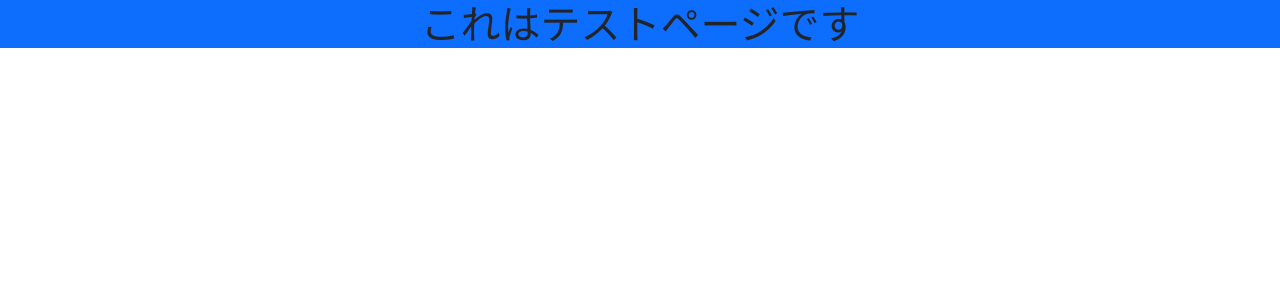
Repository: YN-program/samurai_HTML-CSS
Page: index.html
The author's editor kept a record of every edit. The page is drawn from the files as they stood at one moment, then again after the next edit.
The browser window is 1280 px wide. The pictures show the whole page.

Above is the page before.

### index.html
<!DOCTYPE html>
<html>
    <head>
        <meta charset="UTF-8">
        <link href="https://cdn.jsdelivr.net/npm/bootstrap@5.0.0-beta2/dist/css/bootstrap.min.css" rel="stylesheet" integrity="sha384-BmbxuPwQa2lc/FVzBcNJ7UAyJxM6wuqIj61tLrc4wSX0szH/Ev+nYRRuWlolflfl" crossorigin="anonymous">

    </head>
    <body>
        <h1 class="bg-primary text-center">これはテストページです</h1>
        <main class="container ">



        </main>



    </body>
</html>

After the next edit:
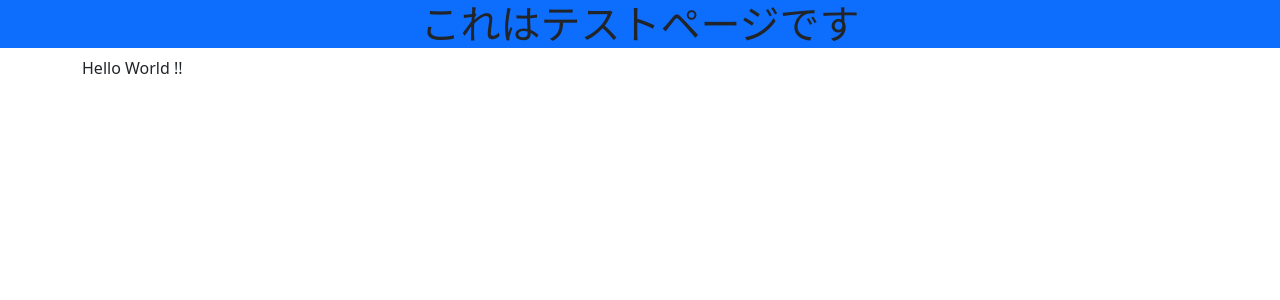
The edit:
--- a/index.html
+++ b/index.html
@@ -9,7 +9,7 @@
         <h1 class="bg-primary text-center">これはテストページです</h1>
         <main class="container ">
 
-
+        <div> Hello World !!</div>
 
         </main>
 
